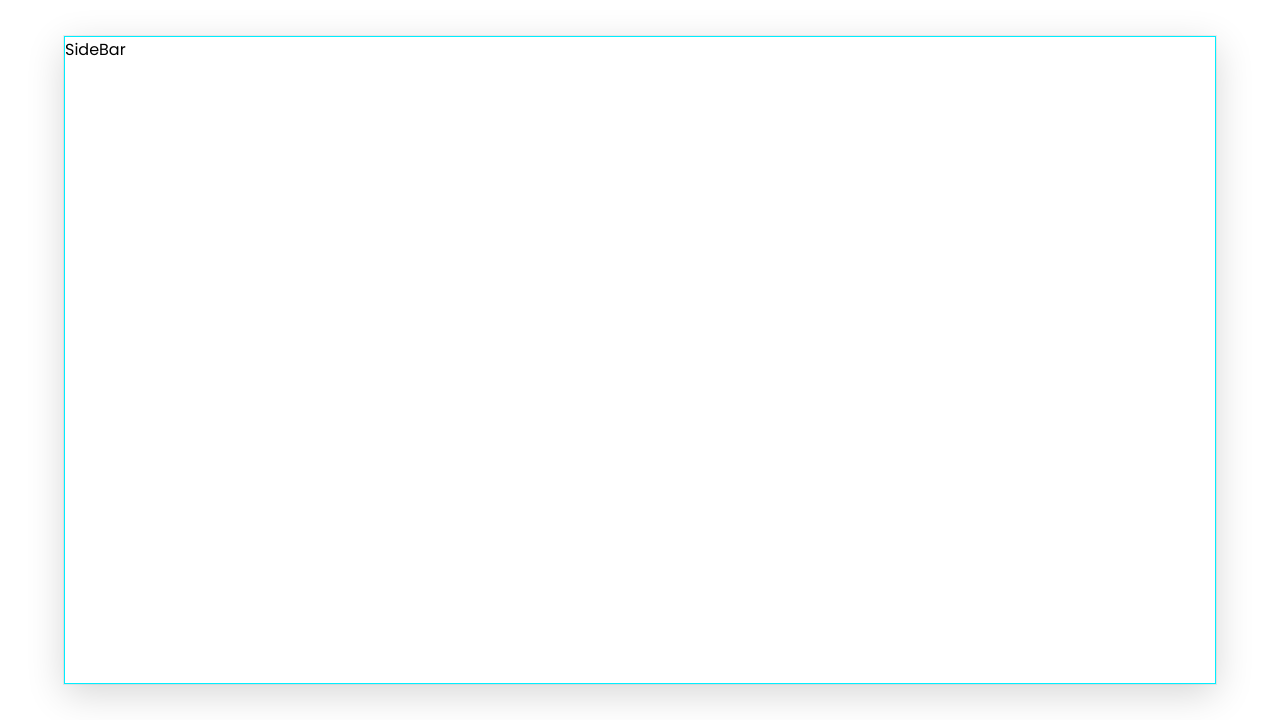
Repository: swastikjhacoder/mern-chat-frontend-only
Page: /
The author's editor kept a copy of each file at every save. The page is drawn from the files as they stood at one save, then again after a run of saves.
The browser window is 1280 px wide. The pictures show the whole page.
The project was rebuilt for these pictures with package versions that can differ from the ones it lists, and the page was loaded fresh each time. Also part of the build but not shown: src/components/loginSignup/Login.jsx. Imported but missing from the stored project, and not drawn on this page: src/components/loginSignup/SignUp.

Above is the page before, as saved 2023-09-21 17:14:18.

### src/index.js
import React from "react";
import ReactDOM from "react-dom/client";
import "./index.css";
import App from "./App";
import { BrowserRouter } from "react-router-dom";
import { Provider } from "react-redux";
import { store } from "./redux/store";

const root = ReactDOM.createRoot(document.getElementById("root"));
root.render(
  <React.StrictMode>
    <Provider store={store}>
      <BrowserRouter>
        <App />
      </BrowserRouter>
    </Provider>
  </React.StrictMode>
);

### src/index.css
@import url('https://fonts.googleapis.com/css2?family=Poppins:ital,wght@0,100;0,200;0,300;0,400;0,500;0,600;0,700;0,800;0,900;1,400&display=swap');

:root {
  --border-color: #0ef;
  --box-shadow: rgba(0, 0, 0, 0.16) 0px 10px 36px 0px, rgba(0, 0, 0, 0.06) 0px 0px 0px 1px;
}

* {
  margin: 0;
  padding: 0;
  box-sizing: border-box;
  font-family: 'Poppins', sans-serif;
}

body {
  display: flex;
  flex-direction: column;
  justify-content: center;
  align-items: center;
}

.app-container {
  display: flex;
  width: 100vw;
  height: 100vh;
  flex-direction: column;
  justify-content: center;
  align-items: center;
}

.container {
  display: flex;
  flex-direction: row;
  width: 90vw;
  height: 90vh;
  border: 1px solid var(--border-color);
  box-shadow: var(--box-shadow);
}

.left-sidebar-container {
  flex: 0.3;
  box-shadow
}

.right-sidebar-container {
  flex: 0.7;
}

### src/App.js
// import { Button } from "@mui/material";
// import React from "react";
// import { useSelector, useDispatch } from "react-redux";
// import { toggleDarkMode, addUser, removeUser } from './redux/liveChatSlice';

// function App() {
//   const dispatch = useDispatch();
//   const mode = useSelector((state) => state.liveChat.mode);
//   const userInfo = useSelector((state) => state.liveChat.userInfo);
//   const background = useSelector( ( state ) => state.liveChat.background );
//   console.log(mode);
//   console.log(userInfo);
//   console.log(background);
//   return (
//     <>
//       <Button onClick={() => dispatch(toggleDarkMode())}>Click Me</Button>
//     </>
//   );
// }

// export default App;

import React from "react";
import { useSelector } from "react-redux";
import "./index.css";
import { Routes, Route } from "react-router-dom";
import MainContainer from "./components/MainContainer";
import Login from "./components/loginSignup/Login";
import SignUp from "./components/loginSignup/SignUp";
import ChatContainer from "./components/chat/ChatContainer";

const App = () => {
  const background = useSelector((state) => state.liveChat.background);
  console.log(background);
  return (
    <>
      <div style={{ backgroundColor: background }} className="app-container">
        <Routes>
          <Route path="/" element={<MainContainer />}>
            <Route path="login" element={<Login />} />
            <Route path="signup" element={<SignUp />} />
            <Route path="chat" element={<ChatContainer />} />
          </Route>
        </Routes>
      </div>
    </>
  );
};

export default App;

### src/redux/store.js
import { configureStore } from '@reduxjs/toolkit';
import liveChatReducer from './liveChatSlice';

export const store = configureStore({
  reducer: {
    liveChat: liveChatReducer,
  },
});

### src/components/MainContainer.jsx
import React from "react";
import { Outlet } from "react-router-dom";
import { useSelector } from "react-redux";
import Login from "./loginSignup/Login";
import ChatContainer from "./chat/ChatContainer";

const MainContainer = () => {
  const user = useSelector((state) => state.liveChat.userInfo);
  console.log(user);
  return (
    <>
      {/* <div className="container">
        { user ? <ChatContainer/> : <Login /> }

      </div> */}
      <ChatContainer />
      <Outlet />
    </>
  );
};

export default MainContainer;

### src/components/chat/ChatContainer.jsx
import React from 'react';
import SideBar from './SideBar';

const ChatContainer = () => {
  return (
    <div className="container">
      <div className="left-sidebar-container">
        <SideBar/>
      </div>
      <div className="right-sidebar-container"></div>
    </div>
  );
}

export default ChatContainer

### src/redux/liveChatSlice.js
import { createSlice } from "@reduxjs/toolkit";

const initialState = {
  mode: JSON.parse(localStorage.getItem("darkMode")) || false,
  userInfo: null,
  background: JSON.parse(localStorage.getItem("backgroundColor")) || "#fff",
};

export const liveChatSlice = createSlice({
  name: "liveChat",
  initialState,
  reducers: {
    toggleDarkMode: (state) => {
      state.mode = !state.mode;
      if (!state.mode) {
        state.background = "#fff";
      } else {
        state.background = "#081b29";
      }
      localStorage.setItem("darkMode", JSON.stringify(state.mode));
      localStorage.setItem("backgroundColor", JSON.stringify(state.background));
    },
    addUser: (state, action) => {
      state.userInfo = action.payload;
    },
    removeUser: (state) => {
      state.userInfo = null;
    },
  },
});

export const { toggleDarkMode, addUser, removeUser } =
  liveChatSlice.actions;
export default liveChatSlice.reducer;

Loaded but not shown: src/components/chat/SideBar.jsx (common file)

After the next 2 saves:
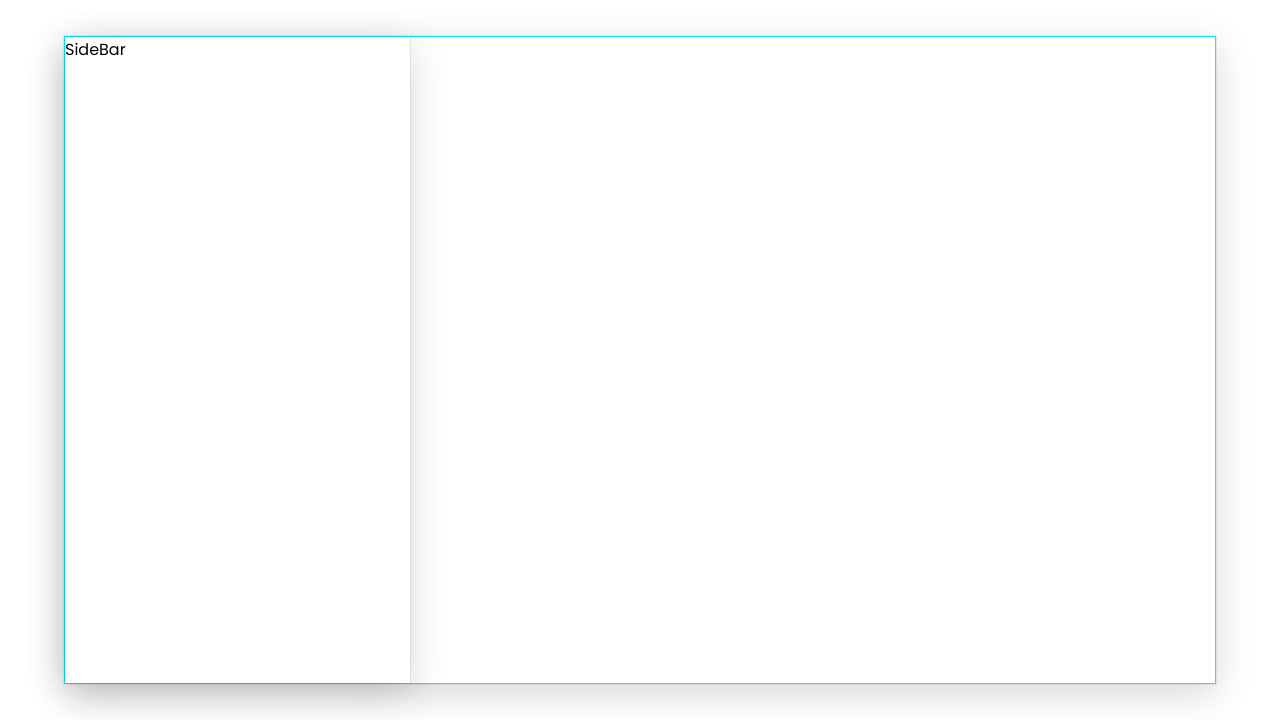
The 2 saves are shown as one change because they came seconds apart.
The last was saved 8 s later.
--- a/src/index.css
+++ b/src/index.css
@@ -39,7 +39,7 @@ body {
 
 .left-sidebar-container {
   flex: 0.3;
-  box-shadow
+  box-shadow: var(--box-shadow)
 }
 
 .right-sidebar-container {
